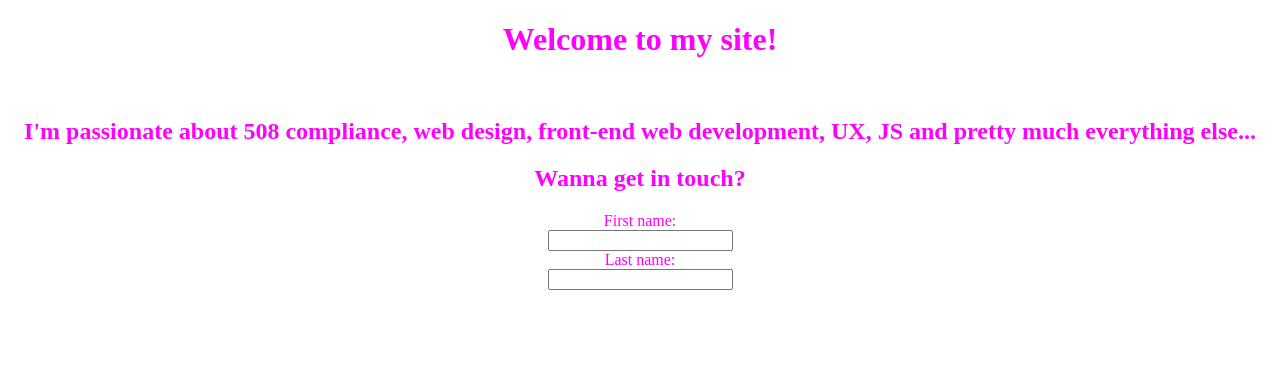
Repository: jasvr/jasvr.io
Page: index.html
The author's editor kept a copy of each file at every save. The page is drawn from the files as they stood at one save, then again after a run of saves.
The browser window is 1280 px wide. The pictures show the whole page.

Above is the page before, as saved 2020-01-09 19:38:44.

After the next 3 saves:
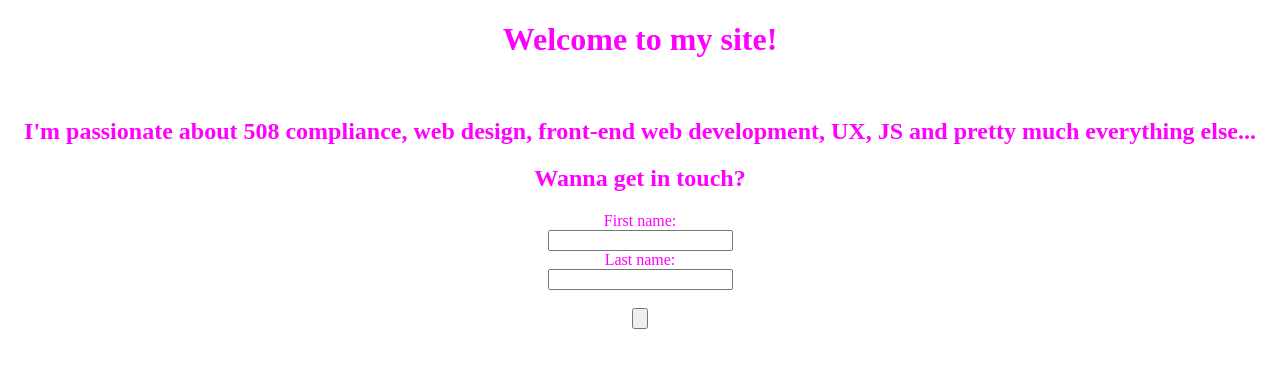
The 3 saves are shown as one change because they came seconds apart.
The last was saved 9 s later.
--- a/index.html
+++ b/index.html
@@ -18,7 +18,7 @@
         <input type="text" name="firstname"><br>
         Last name:<br>
         <input type="text" name="lastname"><br><br>
-        <in
+        <input type="submit" value
     </form>
 </body>
 </html>
